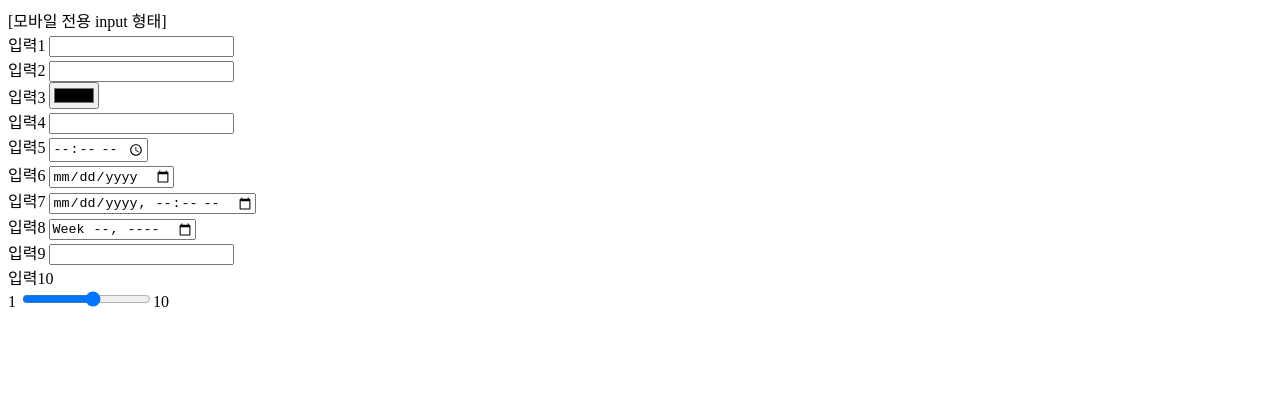
Repository: mnemion/BackendClass
Page: web/src/main/webapp/m/index.html
The author's editor kept a copy of each file at every save. The page is drawn from the files as they stood at one save, then again after the next save.
The browser window is 1280 px wide. The pictures show the whole page.

Above is the page before, as saved 2023-08-31 05:57:29.

### web/src/main/webapp/m/index.html
<!DOCTYPE html>
<html lang="ko">
<head>
<meta charset="UTF-8">
<meta name="viewport" content="width=device-width, initial-scale=1.0">
<title>모바일 전용 웹페이지</title>
</head>
<body>
[모바일 전용 input 형태]<br>
입력1 <input type="text"><br>		<!-- 일반 입력 (P, M) -->
입력2 <input type="number"><br>	<!-- 숫자만 입력 (M) -->
입력3 <input type="color"><br>	<!-- 색상선택 (P, M) -->
입력4 <input type="tel"><br>		<!-- 전화번호 (M) -->
입력5 <input type="time"><br>		<!-- 시간선택 (P, M) -->
입력6 <input type="date"><br>		<!-- 날짜선택 (P, M) -->
입력7 <input type="datetime-local"><br>	<!-- 날짜, 시간 동시에 입력 (P, M) -->
입력8 <input type="week"><br>		<!-- 몇 주차 (P, M) [ios에서 작동불능] -->
입력9 <input type="email"><br>	<!-- 이메일 (P, M) -->
입력10 <br>		<!-- 수량, 크기 범위 선택 (P, M) -->
<form oninput="sound2.value=parseInt(sound.value)">
1 <input type="range" id="sound" min="1" max="10">10<br>
<output for="sound" name="sound2"></output>
</form>
</body>
</html>

After the next save:
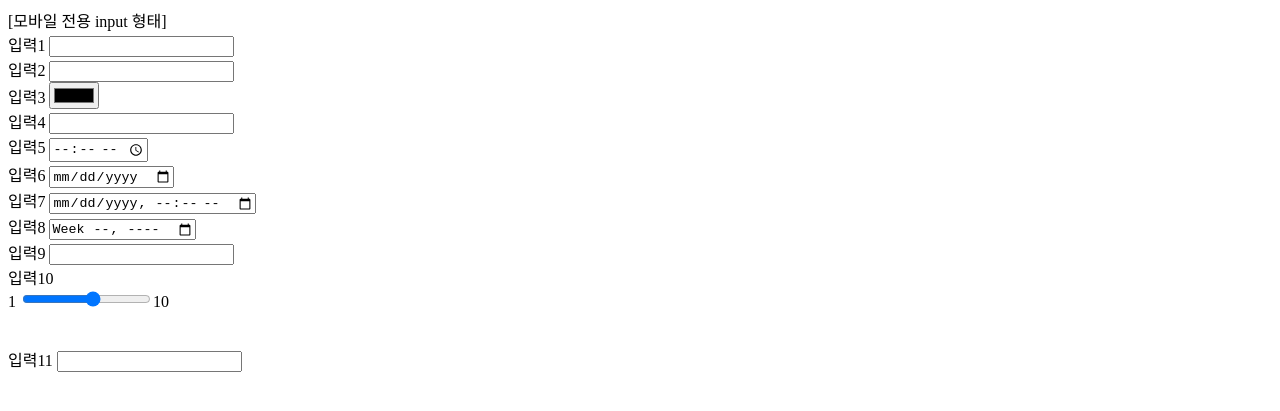
Saved 30 s later.
--- a/web/src/main/webapp/m/index.html
+++ b/web/src/main/webapp/m/index.html
@@ -20,6 +20,8 @@
 <form oninput="sound2.value=parseInt(sound.value)">
 1 <input type="range" id="sound" min="1" max="10">10<br>
 <output for="sound" name="sound2"></output>
+<br><br>
+입력11 <input type="url"><br>
 </form>
 </body>
 </html>
